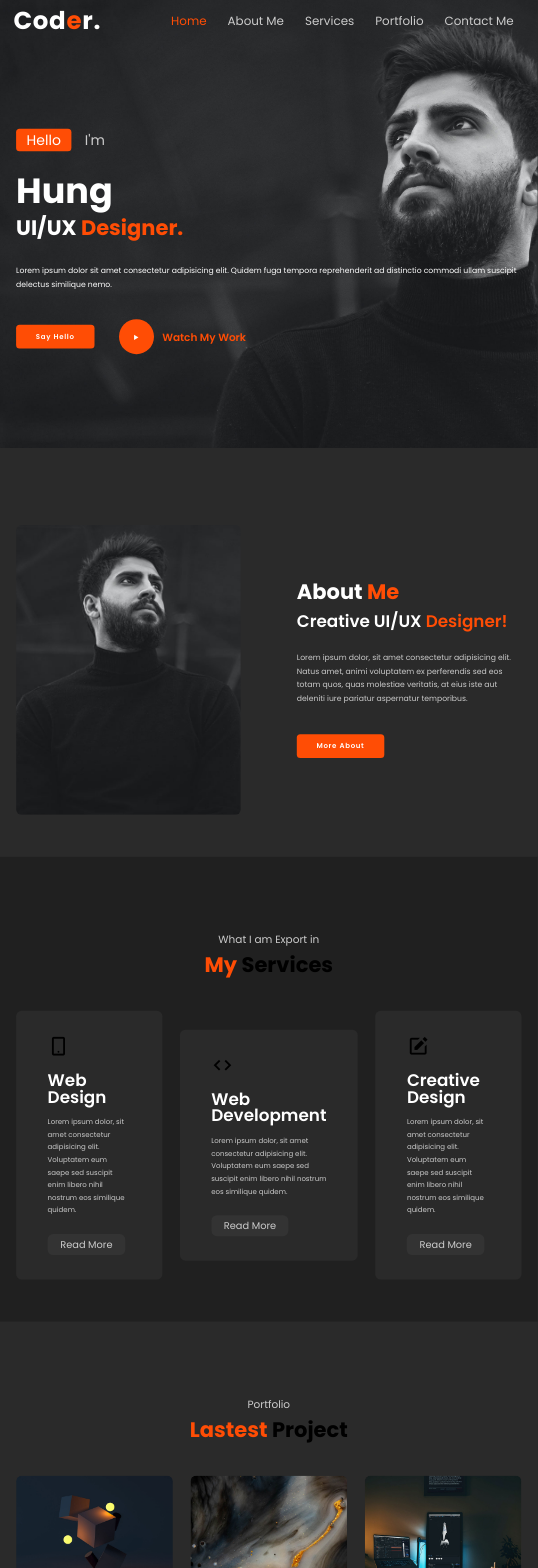
Repository: HungNg99/Protifolio2
Page: Portfolio/index.html
These files come from the project's save history. The page is drawn as it stood at one moment and after the next save; the edit follows.
The browser window is 768 px wide. The pictures show the part of the page from y = 0 to 2240 px (the page is 3250 px tall before and 3850 px after), at 70% of full size.

Above is the page before, as saved 2022-12-12 16:27:55.

After the next save:
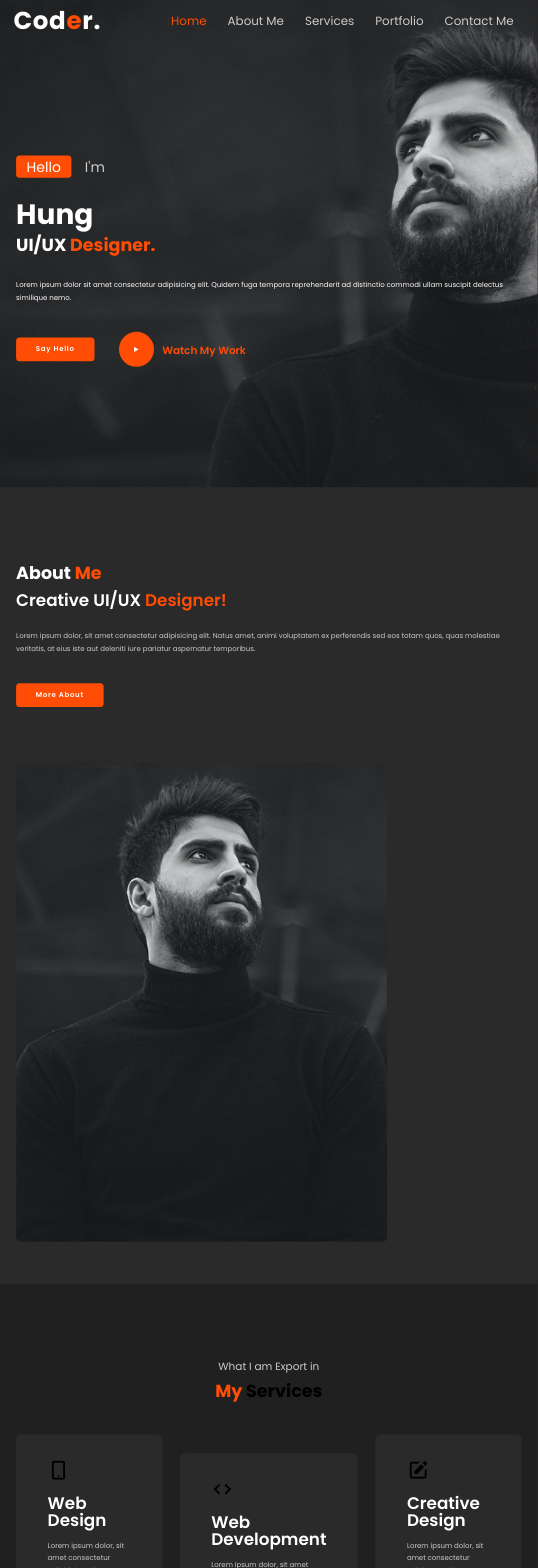
Saved 6 min 42 s later.
--- a/Portfolio/style.css
+++ b/Portfolio/style.css
@@ -470,3 +470,26 @@ form textarea{
         padding: 15px 3%x;
     }
 }
+@media (max-width:1100px ){
+    :root {
+        --big-font: 4rem;
+        --h2-font: 2.5rem;
+        --p-font: 1rem;
+        transition: .1s;
+    }
+    .home-text h3{
+        font-size: 2.5rem;
+    }
+    .home{
+        height: 87vh;
+    }
+}
+@media (max-width:920px ){
+    .about{
+        grid-template-columns: 1fr;
+    }
+    .about-img{
+        text-align: center;
+        order: 2;
+    }
+}
